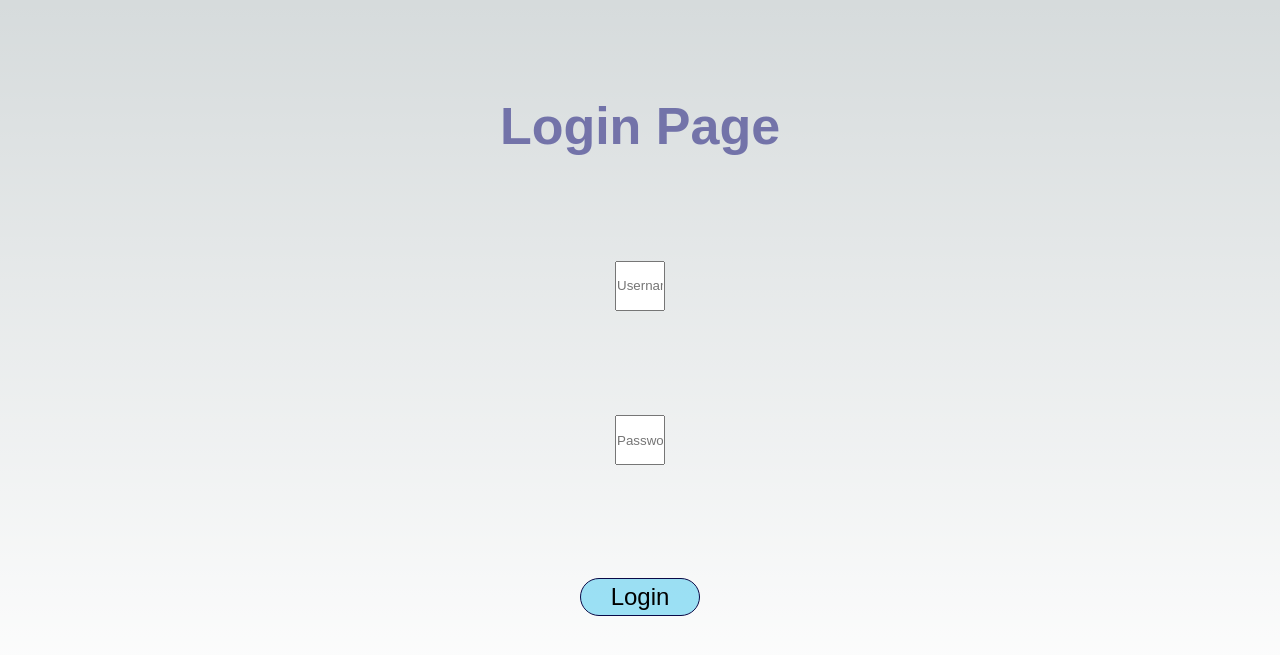
Repository: SaraShio/counter
Page: /
An editor plug-in stored every save of this project. The page is shown before and after a run of saves, followed by the edit.
The browser window is 1280 px wide. The pictures show the whole page.
The project was rebuilt for these pictures with package versions that can differ from the ones it lists, and the page was loaded fresh each time. The framework's server and built-in components were replaced by stand-ins that run in the browser. Also part of the build but not shown: next.config.js.

Above is the page before, as saved 2023-01-15 22:39:11.

After the next 3 saves:
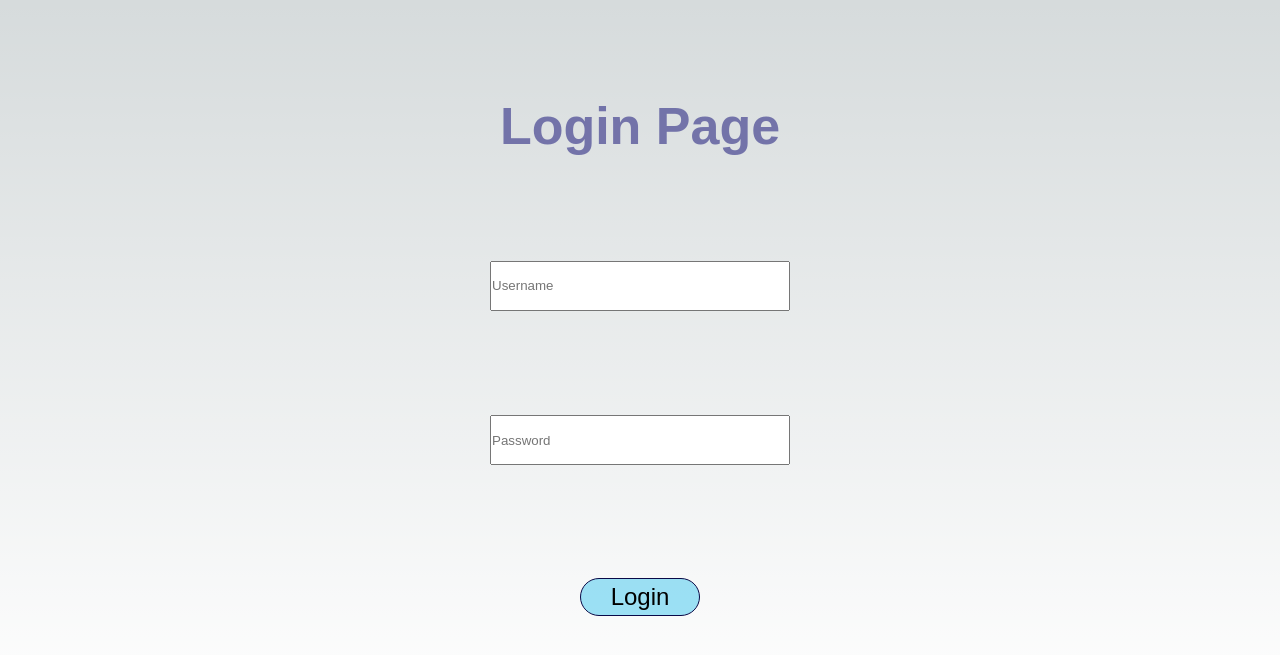
The 3 saves are shown as one change because they came seconds apart.
The last was saved 12 s later.
--- a/styles/Home.module.css
+++ b/styles/Home.module.css
@@ -16,7 +16,7 @@
 }
 
 .main>input {
-  width: 50px;
+  width: 300px;
   height: 50px;
 }
 
